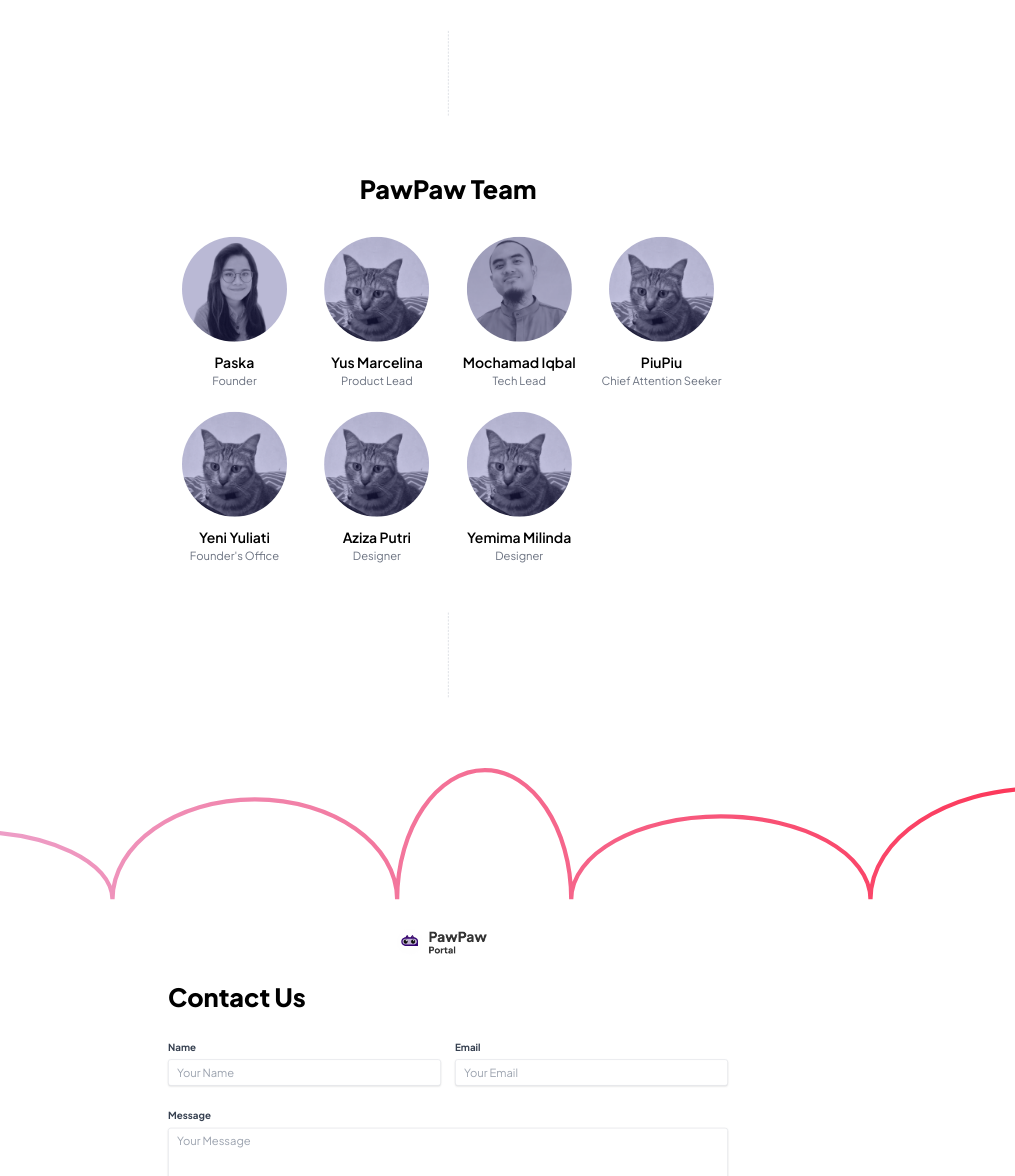
Repository: paskasiregar/pawpawwebsite
Page: /
These files come from the project's save history. The page is drawn as it stood at one moment and after the next save; the edit follows.
The browser window is 1280 px wide. The page is 1450 px wide, so the pictures cover 1450 px, including what lies to the right of the window. The pictures show the part of the page from y = 1533 to 3213 px (the page is 4024 px tall before and 3936 px after), at 70% of full size.
The project was rebuilt for these pictures with package versions that can differ from the ones it lists, and the page was loaded fresh each time. The framework's server and built-in components were replaced by stand-ins that run in the browser. Also part of the build but not shown: next.config.js, next.config.mjs.

Above is the page before, as saved 2024-09-06 11:55:54.

### src/app/layout.js
import { Inter } from "next/font/google";
import "./globals.css";

const inter = Inter({ subsets: ["latin"] });

export const metadata = {
  title: "PawPaw Portal | Your One-Stop Shelter",
  description: "Your One-Stop Shelter",
};

export default function RootLayout({ children }) {
  return (
    <html lang="en">
      <meta
        name="google-adsense-account"
        content="ca-pub-4770655134097556"
      ></meta>
      <body className={inter.className}>{children}</body>
    </html>
  );
}

### src/app/page.js
import { Contact } from "@/components/contact";
import { Divider } from "@/components/divider";
import { Footer } from "@/components/footer";
import { Header } from "@/components/header";
import CTA from "@/components/CTA";
import Hero from "@/components/hero";
import PrimaryButton from "@/components/primaryButton";
import SecButton from "@/components/secButton";
import Image from "next/image";
import bannerImage from "../assets/banner.png";
import logoHeaderImage from "../assets/banner-10.png";
import Link from "next/link";
import Head from "next/head";
import piupiu from "../assets/piupiu.png";
import paska from "../assets/paska.png";
import iqbal from "../assets/iqbal.png";

export default async function Home() {
  return (
    <div className="w-full font-plus-jakarta m-auto flex min-h-screen flex-col items-center justify-between">
      <Head>
        <script
          async
          src="https://pagead2.googlesyndication.com/pagead/js/adsbygoogle.js?client=ca-pub-4770655134097556"
          crossorigin="anonymous"
        ></script>
      </Head>
      <section className="w-full">
        <div className="centeredcontainer main-container">
          <Header />
        </div>
        <main className="main-container">
          <Hero />
          <Divider />
          <div className="self-stretch bg-white flex flex-col md:flex-row">
            <div className="flex-1 relative h-48 md:h-[489px] z-[0] flex items-center justify-center">
              <Image
                className="w-[80%] h-auto object-cover"
                alt="banner"
                src={bannerImage}
                width={200}
                height={200}
              />
            </div>

            {/* How it works */}
            <div
              id="how-it-works"
              className="flex-1 flex flex-col items-center md:items-start justify-center gap-4 z-[1] p-4 md:p-8"
            >
              <div className="space-y-4">
                <div className="flex justify-center md:justify-start">
                  <svg
                    width="130"
                    height="77"
                    viewBox="0 0 130 77"
                    fill="none"
                    xmlns="http://www.w3.org/2000/svg"
                  >
                    <path
                      d="M2.04016 48.038C39.1938 19.0059 75.4362 75.5193 75.4362 75.5193C58.6481 44.4597 70.5515 14.7701 105.05 54.8444C105.05 54.8444 88.8644 34.0647 127.885 2.52962"
                      stroke="url(#paint0_linear_545_35744)"
                      strokeWidth="4.42591"
                      strokeMiterlimit="10"
                      strokeLinejoin="bevel"
                    />
                    <defs>
                      <linearGradient
                        id="paint0_linear_545_35744"
                        x1="19.971"
                        y1="73.8863"
                        x2="126.116"
                        y2="-0.218346"
                        gradientUnits="userSpaceOnUse"
                      >
                        <stop offset="0.2868" stopColor="#E9404C" />
                        <stop offset="0.2967" stopColor="#EA475C" />
                        <stop offset="0.3252" stopColor="#EB5B85" />
                        <stop offset="0.3554" stopColor="#EB6CA8" />
                        <stop offset="0.3871" stopColor="#EC79C5" />
                        <stop offset="0.4209" stopColor="#EC84DB" />
                        <stop offset="0.4577" stopColor="#ED8BEB" />
                        <stop offset="0.4998" stopColor="#ED90F4" />
                        <stop offset="0.5589" stopColor="#ED91F7" />
                      </linearGradient>
                    </defs>
                  </svg>
                </div>
                <div className="hidden md:flex items-center justify-center">
                  <Image
                    className="w-36 h-10 object-cover"
                    alt="Logo"
                    src={logoHeaderImage}
                    width={120}
                    height={20}
                  />
                </div>
                <div className="flex flex-col items-center md:items-start">
                  <div className="relative font-extrabold text-2xl md:text-4xl text-center md:text-left">
                    How PawPaw Portal Works
                  </div>
                </div>
                <div className="self-stretch flex flex-col md:flex-row items-center md:items-start justify-start text-lg md:text-xl text-gray-500">
                  <div className="flex-1 flex flex-col items-center md:items-start justify-start">
                    <div className="self-stretch">
                      <p className="m-0 text-center md:text-left">
                        Every video you watch on our app can help animals in
                        need. Fun, isn&apos;t it?
                      </p>
                      <p className="m-2"></p>
                      <p className="m-0 text-center md:text-left">
                        Join us at PawPaw Portal, where animal lovers and
                        shelters meet. Let&apos;s make a difference together!
                      </p>
                    </div>
                  </div>
                </div>
                <div className="flex flex-col md:flex-row gap-2">
                  <PrimaryButton href="https://game.pawpawportal.com">
                    Play Now
                  </PrimaryButton>
                  <Link
                    href="#about-us"
                    className="flex flex-col md:flex-row gap-2"
                  >
                    <SecButton>About Us</SecButton>
                  </Link>
                </div>
              </div>
            </div>
          </div>

          {/* Team */}
          <Divider />
          <div
            id="team"
            className="flex-1 flex flex-col items-center md:items-center justify-center gap-4 z-[1] p-4 md:p-8"
          >
            <div className="space-y-4 just">
              <div className="flex justify-center md:justify-center">
                {/* Optional SVG or Image can go here */}
              </div>

              <div className="flex flex-col items-center md:items-center mb-8">
                <div className="relative font-extrabold text-2xl md:text-4xl text-center md:text-center mb-8">
                  PawPaw Team
                </div>
              </div>

              <div className="grid grid-cols-1 md:grid-cols-2 lg:grid-cols-4 gap-6 md:gap-8 justify-center">
                {/* Paska */}
                <div className="flex flex-col items-center">
                  <Image
                    className="rounded-full object-cover"
                    alt="Paska"
                    src={paska}
                    width={150}
                    height={150}
                    sizes="(max-width: 768px) 100px, (max-width: 1200px) 150px, 200px"
                  />
                  <div className="text-xl font-semibold mt-4">Paska</div>
                  <div className="text-gray-500">Founder</div>
                </div>

                {/* Kak Yus */}
                <div className="flex flex-col items-center">
                  <Image
                    className="rounded-full object-cover"
                    alt="Yus Marcelina"
                    src={piupiu}
                    width={150}
                    height={150}
                    sizes="(max-width: 768px) 100px, (max-width: 1200px) 150px, 200px"
                  />
                  <div className="text-xl font-semibold mt-4">
                    Yus Marcelina
                  </div>
                  <div className="text-gray-500">Product Lead</div>
                </div>

                {/* Mas Iqbal */}
                <div className="flex flex-col items-center">
                  <Image
                    className="rounded-full object-cover"
                    alt="Moch Iqbal"
                    src={iqbal}
                    width={150}
                    height={150}
                    sizes="(max-width: 768px) 100px, (max-width: 1200px) 150px, 200px"
                  />
                  <div className="text-xl font-semibold mt-4">
                    Mochamad Iqbal
                  </div>
                  <div className="text-gray-500">Tech Lead</div>
                </div>

                {/* PiuPiu */}
                <div className="flex flex-col items-center">
                  <Image
                    className="rounded-full object-cover"
                    alt="PiuPiu"
                    src={piupiu}
                    width={150}
                    height={150}
                    sizes="(max-width: 768px) 100px, (max-width: 1200px) 150px, 200px"
                  />
                  <div className="text-xl font-semibold mt-4">PiuPiu</div>
                  <div className="text-gray-500">Chief Attention Seeker</div>
                </div>

                {/* Julie */}
                <div className="flex flex-col items-center">
                  <Image
                    className="rounded-full object-cover"
                    alt="Julie"
                    src={piupiu}
                    width={150}
                    height={150}
                    sizes="(max-width: 768px) 100px, (max-width: 1200px) 150px, 200px"
                  />
                  <div className="text-xl font-semibold mt-4">Yeni Yuliati</div>
                  <div className="text-gray-500">Founder's Office</div>
                </div>

                {/* Aziza */}
                <div className="flex flex-col items-center">
                  <Image
                    className="rounded-full object-cover"
                    alt="Aziza"
                    src={piupiu}
                    width={150}
                    height={150}
                    sizes="(max-width: 768px) 100px, (max-width: 1200px) 150px, 200px"
                  />
                  <div className="text-xl font-semibold mt-4">Aziza Putri</div>
                  <div className="text-gray-500">Designer</div>
                </div>

                {/* Yemima */}
                <div className="flex flex-col items-center">
                  <Image
                    className="rounded-full object-cover"
                    alt="Yemima"
                    src={piupiu}
                    width={150}
                    height={150}
                    sizes="(max-width: 768px) 100px, (max-width: 1200px) 150px, 200px"
                  />
                  <div className="text-xl font-semibold mt-4">
                    Yemima Milinda
                  </div>
                  <div className="text-gray-500">Designer</div>
                </div>
              </div>
            </div>
          </div>

          <Divider />
          <Contact />
        </main>
        <div className="w-full">
          <div>
            <CTA />
          </div>
          <div id="about-us">
            <Footer />
          </div>
        </div>
      </section>
    </div>
  );
}

### src/components/divider.jsx
export const Divider = () => {
  return (
    <div className="self-stretch h-[195px] flex flex-row items-center justify-center py-16 px-[130px] box-border">
      <div className="w-px relative box-border h-[121px] border-r-[1px] border-dashed border-gray-300" />
    </div>
  );
};

### src/components/header.jsx
import Link from "next/link";
import PrimaryButton from "@/components/primaryButton";
import React from "react";
import Image from "next/image";
import logoHeaderImage from "../assets/banner-10.png";

export const Header = () => {
  return (
    <div className="font-plus-jakarta w-full flex flex-col items-center justify-center text-left text-gray-500">
      <div className="self-stretch bg-white flex flex-col items-center justify-center text-sm">
        <div className="w-full header-content p-2.5 box-border">
          <Link href="/">
            {" "}
            {/* Homepage */}
            <Image
              className="w-36 h-10 object-cover"
              alt="Logo"
              src={logoHeaderImage}
              width={120}
              height={20}
            />
          </Link>
          <div className="hidden md:flex flex-row items-center justify-center gap-8">
            <div>
              <Link href="#how-it-works">How It Works</Link>
            </div>
            <div>
              <Link href="#about-us">About Us</Link>
            </div>
            <div>
              <Link href="/privacy">Privacy Policy</Link>
            </div>
          </div>
          <div className="header-logo-button">
            <PrimaryButton href="https://game.pawpawportal.com">
              Be Our Hero Today!
            </PrimaryButton>
          </div>
        </div>
      </div>
    </div>
  );
};

export default Header;

### src/components/CTA.jsx
import React from "react";
import Link from "next/link";

const CTA = () => {
  return (
    <div className="cta-container font-plus-jakarta p-4 md:p-8 flex flex-col md:flex-row items-center justify-center">
      <svg
        className="cta-decoration mb-4 md:mb-0 md:mr-4"
        width="48"
        height="46"
        viewBox="0 0 48 46"
        fill="none"
        xmlns="http://www.w3.org/2000/svg"
      >
        <path
          d="M2 46C2 27.296 29.551 30.0086 36.5736 34.5625C36.5736 34.5625 14.4611 2 47.5714 2"
          stroke="url(#cta_gradient)"
          strokeWidth="3.92857"
          strokeMiterlimit="10"
          strokeLinejoin="bevel"
        />
        <defs>
          <linearGradient
            id="cta_gradient"
            x1="37.3571"
            y1="2"
            x2="7.5"
            y2="46"
            gradientUnits="userSpaceOnUse"
          >
            <stop stopColor="#FF2445" />
            <stop offset="1" stopColor="#F5AB0E" />
          </linearGradient>
        </defs>
      </svg>
      <Link href="https://game.pawpawportal.com">
        <div className="cta-button text-center bg-gradient-to-r from-orange-500 to-pink-500 text-white font-bold py-2 px-4 rounded-lg shadow-lg cursor-pointer">
          Play Our Game Now
        </div>
      </Link>
    </div>
  );
};

export default CTA;

### src/components/primaryButton.jsx
import React from "react";

const PrimaryButton = ({ children, onClick }) => {
  return (
    <button
      className="self-stretch bg-inherit-320071 hover:bg-blue-700 text-white font-bold px-4 py-3 rounded-lg"
      onClick={onClick}
    >
      {children}
    </button>
  );
};

export default PrimaryButton;

### src/components/secButton.jsx
import React from "react";

const SecButton = ({ children, onClick }) => {
  return (
    <button
      className="bg-white border border-inherit-320071 text-inherit-320071 font-bold py-2 px-4 rounded-lg"
      onClick={onClick}
    >
      {children}
    </button>
  );
};

export default SecButton;

### src/components/nameInput.jsx
import React from "react";

const NameInput = ({ value, onChange }) => {
  return (
    <div className="mb-4">
      <label
        className="block text-gray-700 text-sm font-bold mb-2"
        htmlFor="name"
      >
        Name
      </label>
      <input
        id="name"
        type="text"
        value={value}
        onChange={onChange}
        className="shadow appearance-none border rounded w-full py-2 px-3 text-gray-700 leading-tight focus:outline-none focus:shadow-outline"
        placeholder="Your Name"
      />
    </div>
  );
};

export default NameInput;

### src/components/emailInput.jsx
import React from "react";

const EmailInput = ({ value, onChange }) => {
  return (
    <div className="mb-4">
      <label
        className="block text-gray-700 text-sm font-bold mb-2"
        htmlFor="email"
      >
        Email
      </label>
      <input
        id="email"
        type="email"
        value={value}
        onChange={onChange}
        className="shadow appearance-none border rounded w-full py-2 px-3 text-gray-700 leading-tight focus:outline-none focus:shadow-outline"
        placeholder="Your Email"
      />
    </div>
  );
};

export default EmailInput;

### src/components/mesageInput.jsx
import React from "react";

const MessageInput = ({ value, onChange }) => {
  return (
    <div className="mb-4">
      <label
        className="block text-gray-700 text-sm font-bold mb-2"
        htmlFor="message"
      >
        Message
      </label>
      <textarea
        id="message"
        value={value}
        onChange={onChange}
        className="shadow appearance-none border rounded w-full py-2 px-3 text-gray-700 leading-tight focus:outline-none focus:shadow-outline"
        placeholder="Your Message"
        rows="5"
      />
    </div>
  );
};

export default MessageInput;

Loaded but not shown: tailwind.config.js (24 lines, source omitted); src/components/hero.jsx (211 lines, source omitted); src/components/footer.jsx (175 lines, source omitted); src/components/contact.jsx (94 lines, source omitted); src/app/globals.css (122 lines, source omitted)

After the next save:
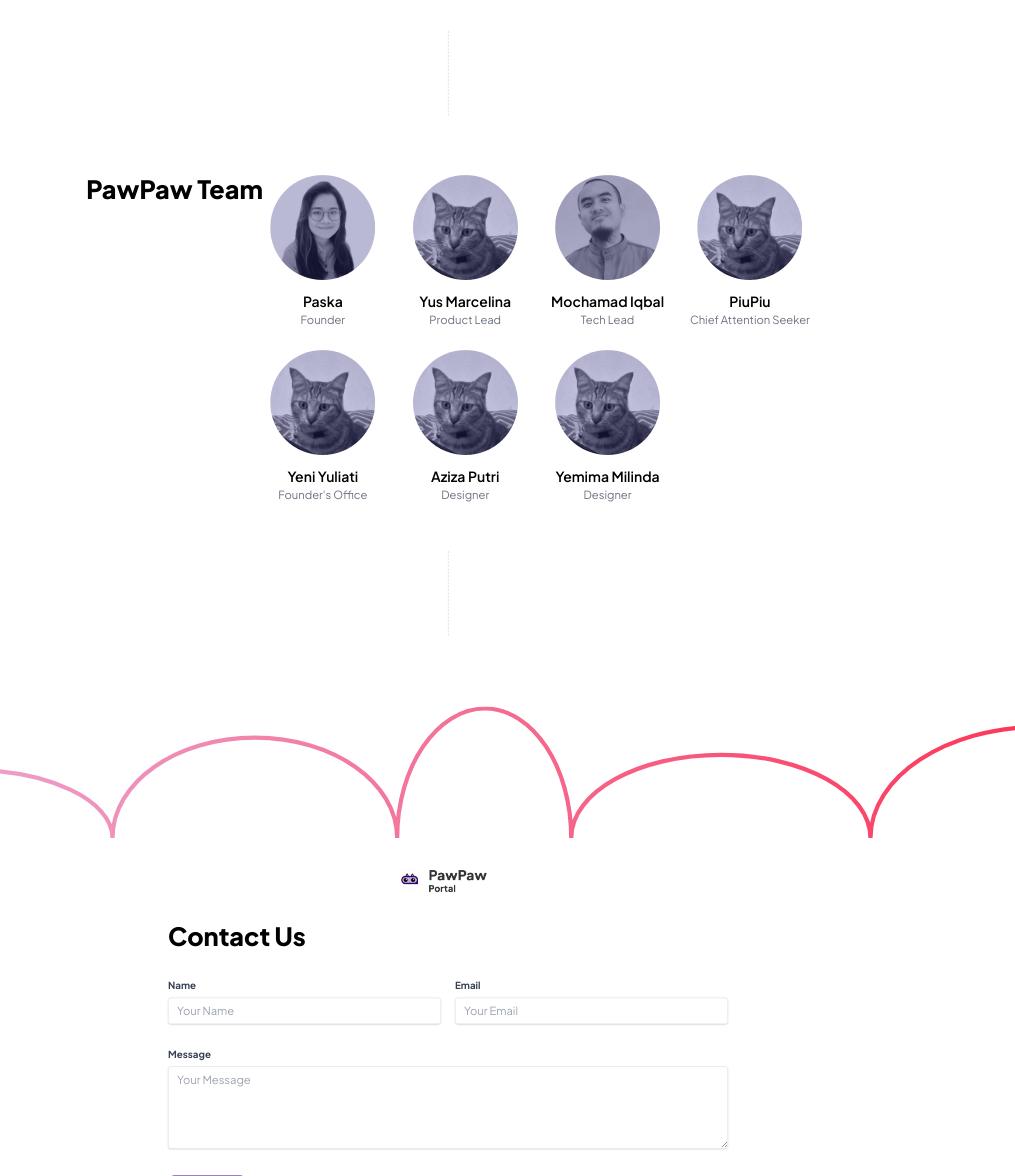
Saved 15 s later.
--- a/src/app/page.js
+++ b/src/app/page.js
@@ -136,7 +136,7 @@
             id="team"
             className="flex-1 flex flex-col items-center md:items-center justify-center gap-4 z-[1] p-4 md:p-8"
           >
-            <div className="space-y-4 just">
+            <div className="flex space-y-4 just">
               <div className="flex justify-center md:justify-center">
                 {/* Optional SVG or Image can go here */}
               </div>

After the 4 saves that followed:
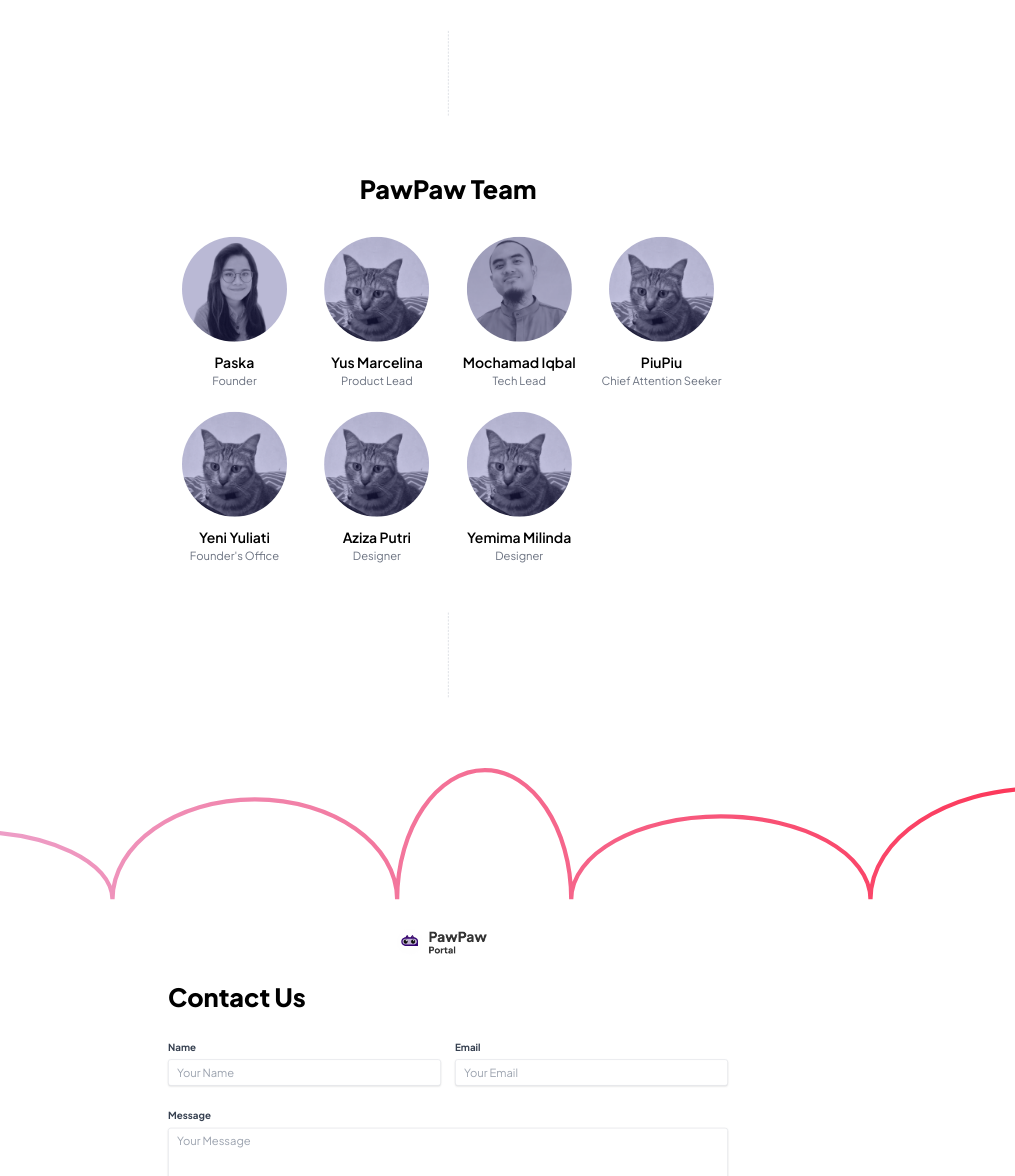
The 4 saves are shown as one change because 3 left the picture as it was.
The last was saved 54 s later.
--- a/src/app/page.js
+++ b/src/app/page.js
@@ -136,7 +136,7 @@
             id="team"
             className="flex-1 flex flex-col items-center md:items-center justify-center gap-4 z-[1] p-4 md:p-8"
           >
-            <div className="flex space-y-4 just">
+            <div className="space-y-4 just">
               <div className="flex justify-center md:justify-center">
                 {/* Optional SVG or Image can go here */}
               </div>
